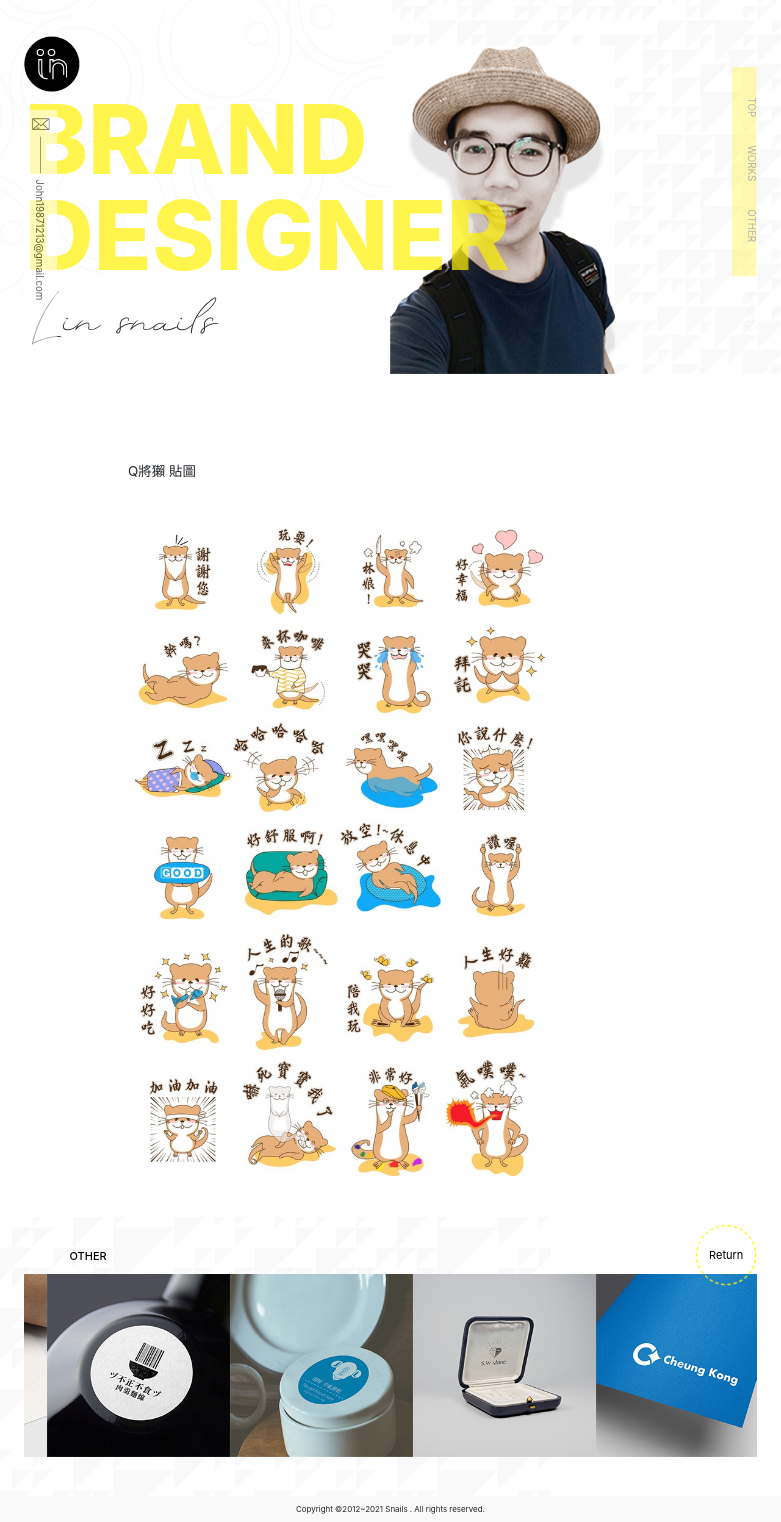
Repository: addie1988/Snails
Page: Texture-02.html
These files come from the project's save history. The page is drawn as it stood at one moment and after the next save; the edit follows.
The browser window is 1280 px wide. The pictures show the whole page, at 61% of full size.
Some web libraries are served in a nearby version.

Above is the page before, as saved 2021-05-02 22:29:09.

After the next save:
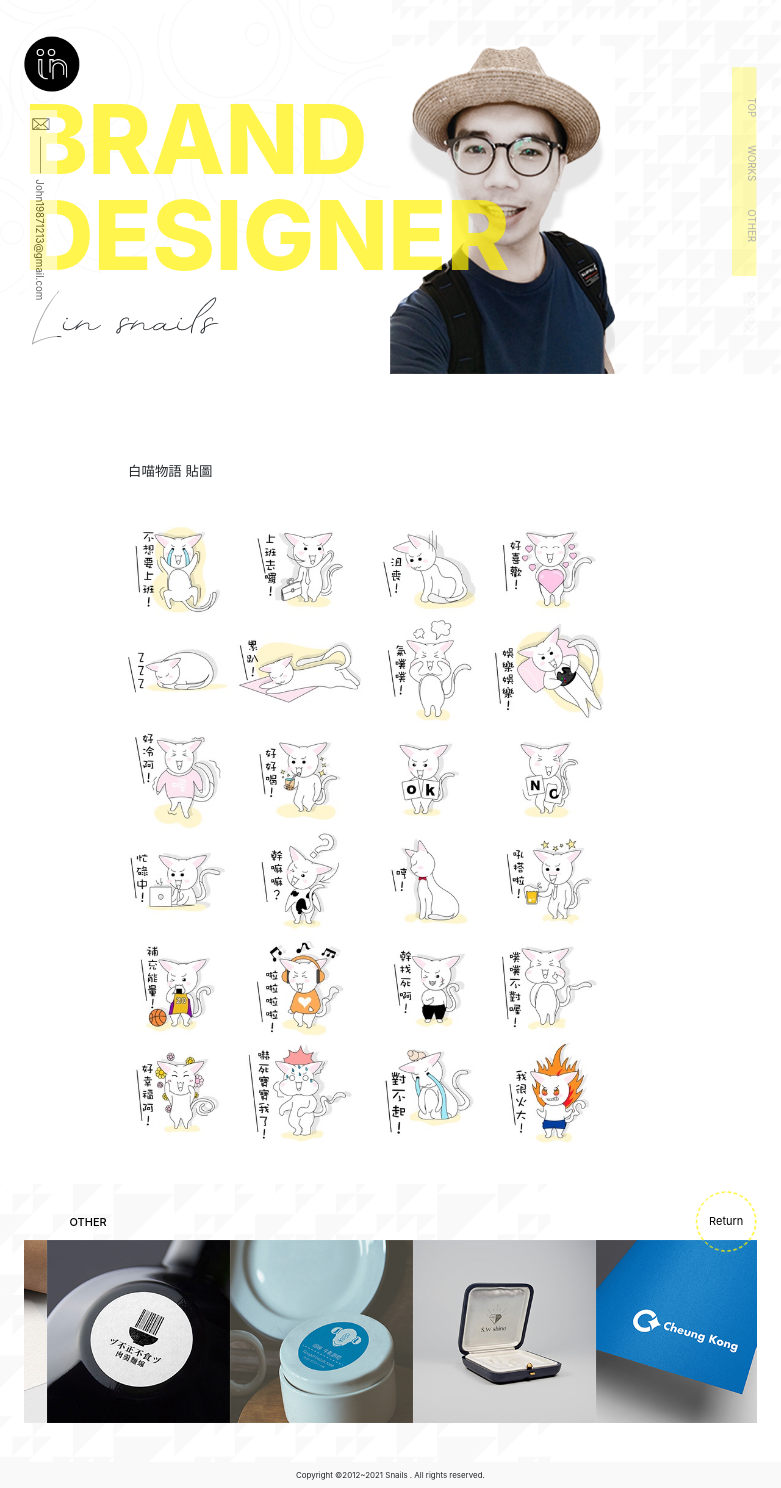
Saved 2 min 49 s later.
--- a/Texture-02.html
+++ b/Texture-02.html
@@ -88,11 +88,11 @@
                         <div class="col">
                             <div class="Description">
                                 <div class="Description-Introduction">
-                                    <div class="Description-title">Q將獺 貼圖</div>
+                                    <div class="Description-title">白喵物語 貼圖</div>
                                 </div>
                                 <div class="Description-img">
                                     <ul>
-                                        <li><img src="images/Texture-01.jpeg"></li>
+                                        <li><img src="images/Texture-02.jpeg"></li>
                                     </ul>
                                 </div>
                             </div>
